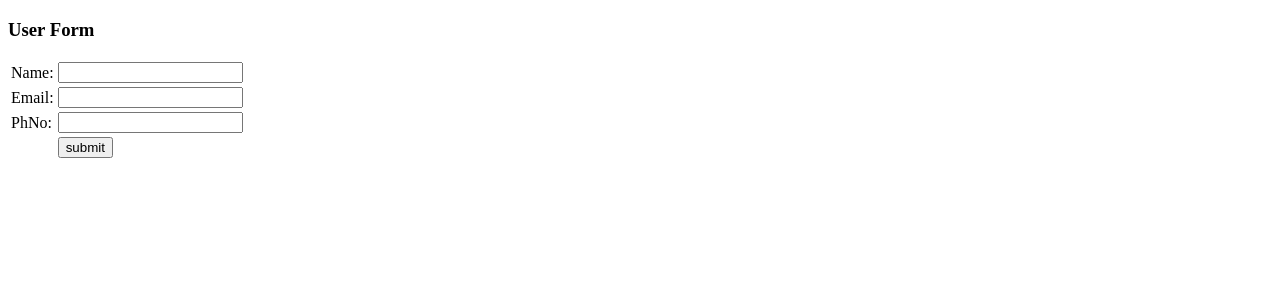
Repository: dhanushsanand/SpringWebMVC
Page: http://localhost/03-Spring-Web-MVC-From-Development/views/index.jsp
An editor plug-in stored every save of this project. The page is shown before and after the next save, followed by the edit.
The browser window is 1280 px wide. The pictures show the whole page.
The page is served by Tomcat 9. Other server files are loaded and not shown.

Above is the page before, as saved 2024-11-07 17:26:55.

### 03-Spring-Web-MVC-From-Development/src/main/webapp/views/index.jsp
<%@ page language="java" contentType="text/html; charset=ISO-8859-1"
    pageEncoding="ISO-8859-1"%>
<!DOCTYPE html>
<html>
<head>
<meta charset="ISO-8859-1">
<title>Insert title here</title>
</head>
<body>
<font color="green">${Message}</font>
<h3>User Form</h3>
	<form action="user" method="post">
		<table>
		<tr>
		<td>Name:</td>
		<td><input type="text" name="name"></td>
		</tr>
		<tr>
		<td>Email:</td>
		<td><input type="email" name="email"></td>
		</tr>
		<tr>
		<td>PhNo:</td>
		<td><input type="number" name="phno"></td>
		</tr>
		<tr>
		<td></td>
		<td><input type="submit" value="submit"></td>
		</tr>
		</table>
	</form>
</body>
</html>

After the next save:
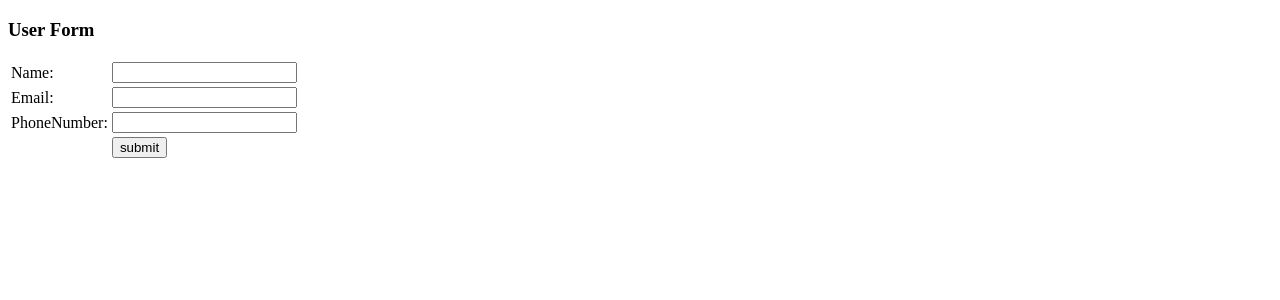
Saved 2 min 52 s later.
--- a/03-Spring-Web-MVC-From-Development/src/main/webapp/views/index.jsp
+++ b/03-Spring-Web-MVC-From-Development/src/main/webapp/views/index.jsp
@@ -20,7 +20,7 @@
 		<td><input type="email" name="email"></td>
 		</tr>
 		<tr>
-		<td>PhNo:</td>
+		<td>PhoneNumber:</td>
 		<td><input type="number" name="phno"></td>
 		</tr>
 		<tr>
